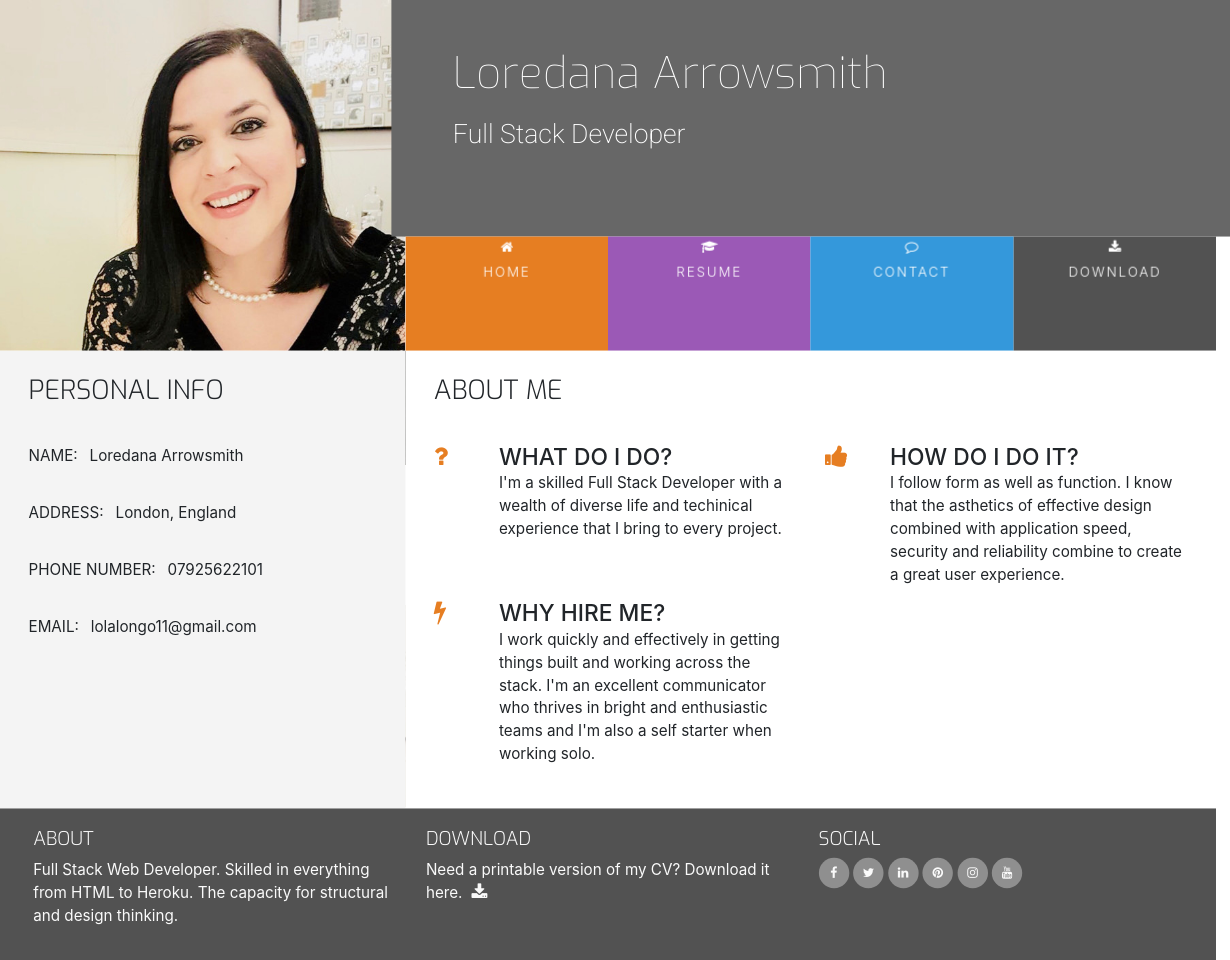
Repository: lolalongo11/Loredana-Resume
Page: index.html
The author's editor kept a record of every edit. The page is drawn from the files as they stood at one moment, then again after the next edit.
The browser window is 1280 px wide. The page is 1295 px wide, so the pictures cover 1295 px, including what lies to the right of the window. The pictures show the whole page, at 95% of full size.

Above is the page before.

### index.html
<!DOCTYPE html>
<html lang="en">

<head>
    <meta charset="UTF-8">
    <meta name="viewport" content="width=device-width, initial-scale=1.0">
    <meta http-equiv="X-UA-Compatible" content="ie=edge">
    <link rel="stylesheet" href="https://stackpath.bootstrapcdn.com/bootstrap/4.3.1/css/bootstrap.min.css" type="text/css" />
    <link rel="stylesheet" href="https://stackpath.bootstrapcdn.com/font-awesome/4.7.0/css/font-awesome.min.css" type="text/css" />
    <link rel="stylesheet" href="https://cdnjs.cloudflare.com/ajax/libs/hover.css/2.3.1/css/hover-min.css" type="text/css" />
    <link rel="stylesheet" href="assets/css/style.css" type="text/css" />
    <title>Loredana</title>
</head>

<body>
    <header>
        <div class="row no-gutters">
            <a href="index.html" class="col-md-4 logo">
                </a>

            <div class="col-md-8 no-gutters">
                <div class="row bg-color-name-title">
                    <div class="col heading">
                        <h1 class="name">Loredana Arrowsmith</h1>
                        <h2 class="title">Full Stack Developer</h2>
                    </div>
                </div>
                <div class="col no-gutters">
                    <ul id="nav" class="list-inline menucontainer">
                        <li class="col-6 col-sm-3 ui-menu-color-home list-inline-item menuitem">
                            <a href="#" class="hvr-sweep-to-bottom"><i class="fa fa-home" aria-hidden="true"></i><span>Home</span></a>
                        </li>
                        <li class="col-6 col-sm-3 ui-menu-color-resume list-inline-item menuitem">
                            <a href="#" class="hvr-sweep-to-bottom"><i class="fa fa-graduation-cap" aria-hidden="true"></i><span>Resume</span></a>
                        </li>
                        <li class="col-6 col-sm-3 ui-menu-color-contact list-inline-item menuitem">
                            <a href="#" class="hvr-sweep-to-bottom"><i class="fa fa-comment-o" aria-hidden="true"></i><span>Contact</span></a>
                        </li>
                        <li class="col-6 col-sm-3 ui-menu-color-download list-inline-item menuitem">
                            <a href="#" class="hvr-sweep-to-bottom"><i class="fa fa-download" aria-hidden="true"></i><span>Download</span></a>
                        </li>
                    </ul>
                </div>
            </div>
        </div>

    </header>
    <section class="container-fluid">
        <div class="row">
            <div class="col-md-4 bg-color-personal-info section-column">
                <div class="row">
                    <div class="col-12">
                        <h3 class="section-heading uppercase">
                            Personal Info
                        </h3>
                    </div>
                </div>
                <div class="personal-info-item">
                    <div class="key">
                        <p class="uppercase">
                            Name:
                        </p>
                    </div>
                    <div class="value">
                        <p>
                            Loredana Arrowsmith
                        </p>
                    </div>
                </div>
                <div class="personal-info-item">
                    <div class="key">
                        <p class="uppercase">
                            Address:
                        </p>
                    </div>
                    <div class="value">
                        <p>
                            London, England
                        </p>
                    </div>
                </div>
                 <div class="personal-info-item">
                    <div class="key">
                        <p class="uppercase">
                            Phone Number:
                        </p>
                    </div>
                    <div class="value">
                        <p>
                            07925622101
                        </p>
                    </div>

                </div>
                 <div class="personal-info-item">
                    <div class="key">
                        <p class="uppercase">
                            Email:
                        </p>
                    </div>
                    <div class="value">
                        <p>
                            lolalongo11@gmail.com
                        </p>
                    </div>

                </div>
            </div>
            <div class="col-md-8 bg-color-three-reasons section-column">
                <div class="row">
                    <div class="col">
                        <h3 class="section-heading uppercase">About Me</h3>
                    </div>
                </div>
                <div class="row">
                    <div class="col-10 offset-1 offset-sm-0 col-sm-4 col-md-6">
                        <div class="row">
                            <div class="col-2">
                                <i class="three-reasons-icon fa fa-question" aria-hidden="true"></i>
                            </div>
                            <div class="col-10">
                                <h4 class="three-reasons-heading uppercase">What do I do?</h4>
                                <p>
                                    I'm a skilled Full Stack Developer with a wealth of diverse life and techinical experience that I bring to every project.
                                </p>
                            </div>
                        </div>
                    </div>
                    <div class="col-10 offset-1 offset-sm-0 col-sm-4 col-md-6">
                        <div class="row">
                            <div class="col-2">
                                <i class="three-reasons-icon fa fa-thumbs-up" aria-hidden="true"></i>
                            </div>
                            <div class="col-10">
                                <h4 class="three-reasons-heading uppercase">How do I do it?</h4>
                                <p>
                                    I follow form as well as function. I know that the asthetics of effective design combined with application speed, security and reliability combine to create a great user experience.
                                </p>
                            </div>
                        </div>
                    </div>
                    <div class="col-10 offset-1 offset-sm-0 col-sm-4 col-md-6">
                        <div class="row">
                            <div class="col-2">
                                <i class="three-reasons-icon fa fa-bolt" aria-hidden="true"></i>
                            </div>
                            <div class="col-10">
                                <h4 class="three-reasons-heading uppercase">Why hire me?</h4>
                                <p>
                                    I work quickly and effectively in getting things built and working across the stack. I'm an excellent communicator who thrives in bright and enthusiastic teams and I'm also a self starter when working solo.
                                </p>
                            </div>
                        </div>
                    </div>
                </div>
            </div>
        </div>
    </section>
    <footer class="container-fluid">
        <div id="footer-details" class="row">
            <div class="col-sm-4">
                <h5 class="uppercase general-sub">About</h5>
                <p class="inline-block">
                    Full Stack Web Developer. Skilled in everything from HTML to Heroku. The capacity for structural and design thinking.
                </p>
            </div>
            <div class="col-sm-4">
                <h5 class="uppercase general-sub">Download</h5>
                <p class="inline-block">
                    Need a printable version of my CV? Download it here.
                    <a href="#" target="_blank" class="cv-pdf">
                        <i class="fa fa-download" aria-hidden="true"></i>
                        <span class="sr-only">Download link.</span>
                    </a>
                </p>
            </div>
            <div class="col-sm-4">
                <h5 class="uppercase general-sub">Social</h5>
                <ul class="list-inline social-links">
                    <li class="list-inline-item">
                        <a target="_blank" href="#">
                            <i class="fa fa-facebook" aria-hidden="true"></i>
                            <span class="sr-only">Facebook</span>
                        </a>
                    </li>
                    <li class="list-inline-item">
                        <a target="_blank" href="#">
                            <i class="fa fa-twitter" aria-hidden="true"></i>
                            <span class="sr-only">Twitter</span>
                        </a>
                    </li>
                    <li class="list-inline-item">
                        <a target="_blank" href="#">
                            <i class="fa fa-linkedin" aria-hidden="true"></i>
                            <span class="sr-only">LinkedIn</span>
                        </a>
                    </li>
                    <li class="list-inline-item">
                        <a target="_blank" href="#">
                            <i class="fa fa-pinterest" aria-hidden="true"></i>
                            <span class="sr-only">pinterest</span>
                        </a>
                    </li>
                    <li class="list-inline-item">
                        <a target="_blank" href="#">
                            <i class="fa fa-instagram" aria-hidden="true"></i>
                            <span class="sr-only">Instagram</span>
                        </a>
                    </li>
                    <li class="list-inline-item">
                        <a target="_blank" href="#">
                            <i class="fa fa-youtube" aria-hidden="true"></i>
                            <span class="sr-only">You Tube</span>
                        </a>

                    </li>

                </ul>
            </div>
        </div>

    </footer>
</body>

</html>

### assets/css/style.css
@import url('https://fonts.googleapis.com/css?family=Roboto:100,200,300,400,500,600,700|Exo:100,200,300,400,500,600,700');

/* ----------------------------------------------------Colours */

.bg-color-name-title {
    background-color: #676767;
}

.bg-color-three-reasons {
    background-color: #fff;

}

.bg-color-personal-info {
    background-color: #f4f4f4;
}

.ui-menu-color-home {
    background-color: #e67e22;
}

.ui-menu-color-resume {
    background-color: #9b59b6;
}

.ui-menu-color-contact {
    background-color: #3498db;
}

.ui-menu-color-download {
    background-color: #525252;
}

/* ----------------------------------------------------Special margins/padding/text */

h1,
h2,
h3,
h4 {
    margin: 0;
}

.uppercase {
    text-transform: uppercase;
}

.general-sub {
    font-family: "Exo", sans-serif;
    font-weight: 300;
    color: #fafafa;
}

.inline-block {
    display: inline-block;
}

.row-table {
    display: table;
}


.section-column {
    display: table-cell;
    padding: 0 30px 30px;
    float: none;
}

.section-heading {
    font-family: "Exo"; sans-serif;
    font-weight: 300;
    margin-top: 25px;
    margin-bottom: 40px;
}



/* ----------------------------------------------------Heading */

.header {
    margin: 0;
}

.heading {
    margin-left: 50px;
}

.logo {
    background: url("../images/loredana.jpg");
    background-position: center;
    background-repeat: no-repeat;
    background-size: cover;
    min-height: 360px;
    transition: all .5s ease-in-out;
    -moz-transition: all .5s ease-in-out;
    -webkit-transition: all .5s ease-in-out;
}

.name {
    font-family: "Exo", sans-serif;
    font-weight: 100;
    font-size: 46px;
    margin-top: 50px;
    color: #fff;
}

.title {
    font-family: "Roboto", sans-serif;
    font-weight: 200;
    font-size: 28px;
    margin-top: 20px;
    margin-bottom: 90px;
    color: #fff;

}

.list-inline-item:not(:last-child) {
    margin: 0;
}

.menucontainer {
    font-size: 0;
}

#nav li {
    font-size: 14px;
    padding: 0;
}

#nav {
    margin: 0px;
}

.menuitem {
    height: 120px;
    text-align: center;
    padding: 0;
}

.menuitem a {
    width: 100%;
    text-decoration: none;
    color: #fff;
    height: 120px;
}

.menu a i {
    padding-top: 22px;
    display: block;
    color: #fafafa;
    font-size: 26px;
}

.menuitem span {
    display: block;
    width: 100%;
    padding-top: 5px;
    text-align: center;
    text-transform: uppercase;
    font-size: 14px;
    font-weight: 300;
    letter-spacing: 2px;
}

/* ----------------------------------------------------Hover.css */

.hvr-sweep-to-bottom:before {
    background: rgba(0, 0, 0, 0.2);
    height: 120px;
}

/* ----------------------------------------------------Footer */

footer {
    background-color: #525252;
    color: #fafafa;
    min-height: 120px;
    margin: 0;
}

.cv-pdf i {
    font-size: 18px;
    color: #fafafa;
    text-align: center;
    padding-left: 5px;
    transition: all 0.35s ease-in-out;
    -moz-transition: all 0.35s ease-in-out;
    -webkit-transition: all 0.35s ease-in-out;
    -o-transition: all 0.35s ease-in-out;
}

.cv-pdf i:hover {
    color: #e84610;
}

.social-links {
    padding-bottom: 15px;
}

.social-links li a i {
    width: 32px;
    height: 32px;
    padding: 12px 0;
    border-radius: 50%;
    font-size: 13px;
    line-height: 7px;
    text-align: center;
    color: #fafafa;
    background-color: #8f8f8f;
    transition: all 0.35s ease-in-out;
    -moz-transition: all 0.35s ease-in-out;
    -webkit-transition: all 0.35s ease-in-out;
    -o-transition: all 0.35s ease-in-out;
}

.social-links li a i:hover {
    background: #e84610;
}

#footer-details{
    padding: 20px;
}

/* ----------------------------------------------------Three reasons */

.three-reasons-icon {
    font-size: 26px;
    color: #e67e22;
}

.three-resons-heading {
    margin-bottom: 15px
}

/* ----------------------------------------------------Personal info */

.personal-info-item {
    margin-bottom: 20px;
    display: block;
    clear: both;
}

.personal-info-item .key,
.personal-info-item .value {
  padding-right: 8px;
  display: inline-block;
}

.personal-item-info .key p,
.personal-item-info .value p {
    margin: 0;
}

.personal-item-info .key {
    width: 30%;
    margin-right: 21px;
    padding-top: 2px;
    vertical-align: top;

}

.personal-item-info .key p{
    font-weight: 700;

}

.personal-item-info .value,{
     position:relative;
     width: 60%;
}

After the next edit:
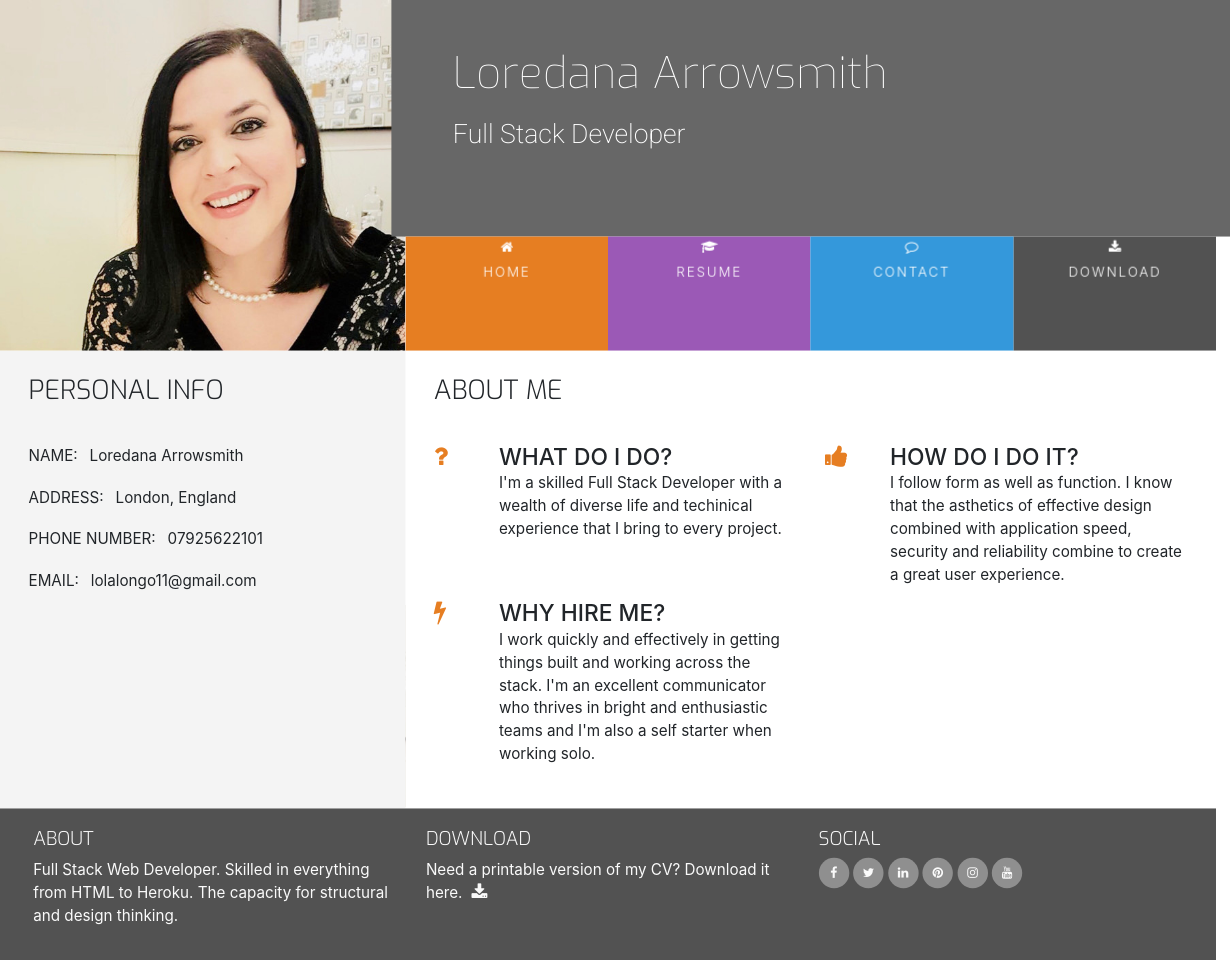
The edit:
--- a/assets/css/style.css
+++ b/assets/css/style.css
@@ -245,8 +245,8 @@
   display: inline-block;
 }
 
-.personal-item-info .key p,
-.personal-item-info .value p {
+.personal-info-item .key p,
+.personal-info-item .value p {
     margin: 0;
 }
 
